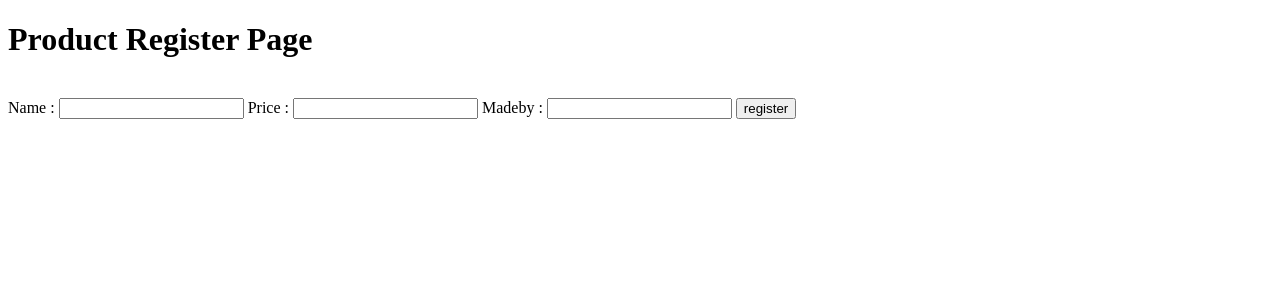
Repository: donghoonshin96/20230601
Page: http://localhost/jsp_study/register.jsp
An editor plug-in stored every save of this project. The page is shown before and after the next save, followed by the edit.
The browser window is 1280 px wide. The pictures show the whole page.
The page is served by Tomcat 9.

Above is the page before, as saved 2023-05-11 01:23:39.

After the next save:
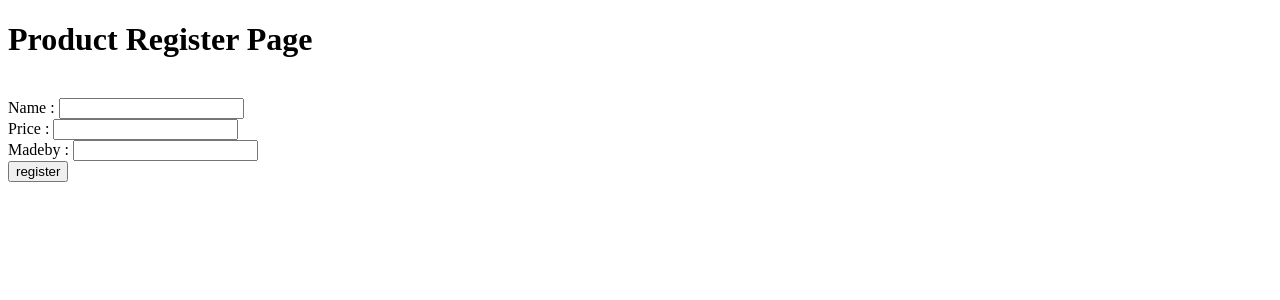
Saved 119 s later.
--- a/jsp_project1/jsp_study/src/main/webapp/register.jsp
+++ b/jsp_project1/jsp_study/src/main/webapp/register.jsp
@@ -10,9 +10,9 @@
     <h1>Product Register Page</h1>
     <br>
     <form action="/insert.pd" method="post">
-        Name : <input type="text" name="pname">
-        Price : <input type="text" name="price">
-        Madeby : <input type="text" name="madeby">
+        Name : <input type="text" name="pname"><br>
+        Price : <input type="text" name="price"><br>
+        Madeby : <input type="text" name="madeby"><br>
 
         <button type="submit">register</button>
     </form>
